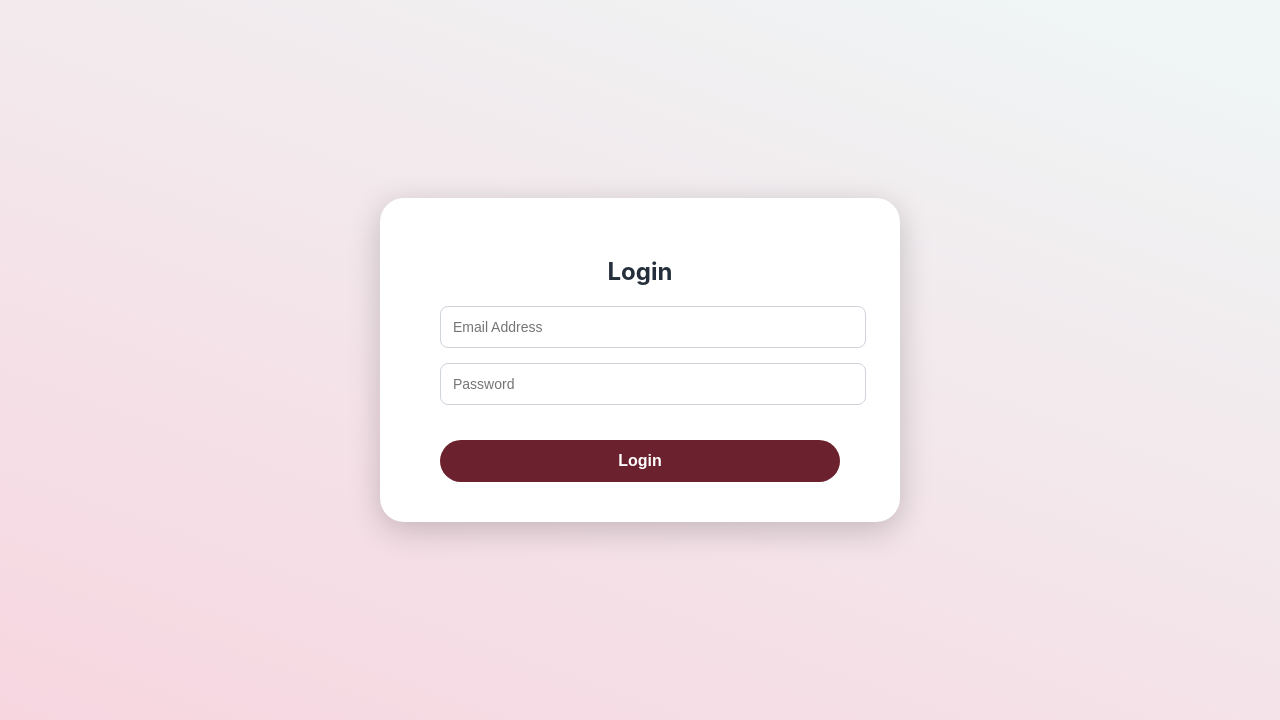
Repository: aab232/https---github.com-aab232-Deferred-Payment-Platform
Page: /login (app in frontend/)
These files come from the project's save history. The page is drawn as it stood at one moment and after the next save; the edit follows.
The browser window is 1280 px wide. The pictures show the whole page.
The project was rebuilt for these pictures with package versions that can differ from the ones it lists, and the page was loaded fresh each time. Also part of the build but not shown: frontend/src/components/Home.js, frontend/src/components/Register.js, frontend/src/components/Main.css, frontend/src/components/Main.js, frontend/src/components/BackButton.css, frontend/src/components/BackButton.js, frontend/src/components/Settings.js, frontend/src/components/Privacy.js.

Above is the page before, as saved 2025-04-01 12:22:38.

### frontend/src/App.js
import React from 'react';
import { BrowserRouter as Router, Routes, Route } from 'react-router-dom';
import Home from './components/Home';
import Register from './components/Register';
import Login from './components/Login';
import Main from './components/Main';
import Settings from './components/Settings';
import Privacy from './components/Privacy';

const App = () => {
  return (
    <Router>
      <Routes>
        <Route path="/" element={<Home />} />
        <Route path="/login" element={<Login />} />
        <Route path="/register" element={<Register />} />
        <Route path="/main" element={<Main />} />
        <Route path="/settings" element={<Settings />} />
        <Route path="/privacy" element={<Privacy />} />
      </Routes>
    </Router>
  );
};

export default App;

### frontend/src/components/Login.js
// login.js
import React, { useState } from 'react';
import axios from 'axios';
import { useNavigate } from 'react-router-dom';
import './Form.css';

const Login = () => {
  const [email, setEmail] = useState('');
  const [password, setPassword] = useState('');
  const navigate = useNavigate();

  const handleSubmit = async (e) => {
    e.preventDefault();
    try {
      const response = await axios.post('http://localhost:5000/login', { email, password });
      if (response.data.success) {
        const { role } = response.data.user;
        localStorage.setItem('userRole', role);
        switch (role) {
          case 'admin': navigate('/admin-dashboard'); break;
          case 'contractor': navigate('/contractor-dashboard'); break;
          case 'data_engineer': navigate('/data-engineer-dashboard'); break;
          default: navigate('/main');
        }
      } else {
        alert('Invalid credentials.');
      }
    } catch (error) {
      alert('Login failed. Check credentials.');
    }
  };

  return (
    <div className="container">
      <div className="form-card">
        <h2>Login</h2>
        <form onSubmit={handleSubmit}>
          <input type="email" placeholder="Email Address" value={email} onChange={(e) => setEmail(e.target.value)} required />
          <input type="password" placeholder="Password" value={password} onChange={(e) => setPassword(e.target.value)} required />
          <button type="submit" className="btn">Login</button>
        </form>
      </div>
    </div>
  );
};

export default Login;

### frontend/src/components/Home.css
.container {
    display: flex;
    justify-content: center;
    align-items: center;
    height: 100vh; /* Full viewport height */
    background: linear-gradient(135deg, #252f3b, #252d3b); /* Elegant gradient */
  }

  .card {
    text-align: center;
    background: #fff;
    padding: 40px 60px;
    border-radius: 24px;
    box-shadow: 0 8px 32px rgba(0, 0, 0, 0.2);
    max-width: 350px;
    width: 100%;
  }

  h1 {
    margin-bottom: 16px;
    font-size: 28px;
    color: #252f3b;
  }

  p {
    margin-bottom: 32px;
    font-size: 16px;
    color: #555;
  }

  .button-group {
    display: flex;
    justify-content: space-between;
  }

  .btn {
    padding: 12px 24px;
    font-size: 16px;
    border: none;
    border-radius: 30px; /* Rounded buttons */
    cursor: pointer;
    transition: background 0.3s ease;
    color: white;
    background: #252f3b;
  }

  .btn:hover {
    background: #252f3b; /* Button hover effect */
  }

### frontend/src/components/Form.css
.container {
  display: flex;
  justify-content: center;
  align-items: center;
  height: 100vh;
  background: linear-gradient(200deg, #eff7f6, #F7D6E0);
}

.form-card {
  background: white;
  padding: 40px 60px;
  border-radius: 24px;
  box-shadow: 0 8px 32px rgba(0, 0, 0, 0.2);
  max-width: 400px;
  width: 100%;
  text-align: center;
}

h2 {
  color: #252f3b;
}

input {
  display: block;
  width: 100%;
  margin: 10px 0;
  padding: 12px;
  border: 1px solid #ddd;
  border-radius: 30px;
}

.btn {
  padding: 12px 24px;
  margin-top: 20px;
  border-radius: 30px;
  border: none;
  color: white;
  background: #6b212e;
  cursor: pointer;
}

.btn:hover {
  background: #a41b34;
}

.link {
  color: #6b212e;
  cursor: pointer;
}

### frontend/src/components/Settings.css
.settings-container {
  display: flex;
  flex-direction: column;
  align-items: center;
  padding: 40px 20px;
  background: #f8f9fa;
  min-height: 100vh;
}

h1 {
  color: #343a40;
  margin-bottom: 20px;
}

.menu {
  display: flex;
  gap: 20px;
  margin-bottom: 40px;
}

.menu button {
  padding: 10px 20px;
  border: none;
  border-radius: 8px;
  cursor: pointer;
  transition: background 0.3s ease;
  font-weight: bold;
  background: #007bff;
  color: white;
}

.menu .danger {
  background: #dc3545;
}

.menu button:hover {
  opacity: 0.8;
}

/* Dropdown styling */
.dropdown {
  display: flex;
  flex-direction: column;
  gap: 10px;
  margin-top: 20px;
}

.dropdown button {
  padding: 8px 16px;
  border: none;
  border-radius: 8px;
  background: #6c757d;
  color: white;
  cursor: pointer;
  transition: background 0.3s ease;
}

.dropdown button:hover {
  background: #495057;
}

/* Section Styling */
.section {
  width: 100%;
  max-width: 600px;
  background: white;
  padding: 30px;
  border-radius: 16px;
  box-shadow: 0 8px 24px rgba(0, 0, 0, 0.1);
  margin-top: 20px;
}

h2 {
  color: #495057;
  margin-bottom: 20px;
}

input {
  width: 100%;
  padding: 12px;
  margin-bottom: 15px;
  border: 1px solid #ced4da;
  border-radius: 8px;
  font-size: 14px;
}

button {
  padding: 12px 20px;
  border: none;
  border-radius: 8px;
  cursor: pointer;
  background: #28a745;
  color: white;
  font-weight: bold;
}

button:hover {
  opacity: 0.9;
}

.info {
  margin-top: 20px;
  color: #6c757d;
}

### frontend/src/components/Privacy.css
.container {
    display: flex;
    justify-content: center;
    align-items: center;
    height: 100vh;
    background: linear-gradient(200deg, #eff7f6, #F7D6E0);
  }

  .form-card {
    background: white;
    padding: 40px 60px;
    border-radius: 24px;
    box-shadow: 0 8px 32px rgba(0, 0, 0, 0.2);
    max-width: 400px;
    width: 100%;
  }

  h2 {
    color: #252f3b;
    font-size: 24px;
    margin-bottom: 20px;
  }

  p {
    color: #252f3b;
    font-size: 16px;
    line-height: 1.5;
    margin-bottom: 20px;
    text-align: left;  /* Align text to the left */
  }

  .btn {
    padding: 12px 24px;
    margin-top: 20px;
    border-radius: 30px;
    border: none;
    color: white;
    background: #6b212e;
    cursor: pointer;
    width: 100%;  /* Make button full-width */
  }

  .btn:hover {
    background: #a41b34;
  }

  .link {
    color: #6b212e;
    cursor: pointer;
    text-decoration: underline;
    display: inline-block;
    margin-top: 10px;
  }

  .link:hover {
    color: #a41b34;
  }

  .privacy-container {
    text-align: left;  /* Align all text to the left */
    margin-top: 20px;
  }

  .request-data-btn {
    padding: 10px 20px;
    margin-top: 15px;
    background-color: #6b212e;
    color: white;
    border: none;
    border-radius: 30px;
    cursor: pointer;
    font-size: 16px;
    width: 100%;  /* Make the button full-width */
  }

  .request-data-btn:hover {
    background-color: #a41b34;
  }

Loaded but not shown: frontend/public/index.html (common file); frontend/src/index.js (common file); frontend/src/index.css (common file)

After the next save:
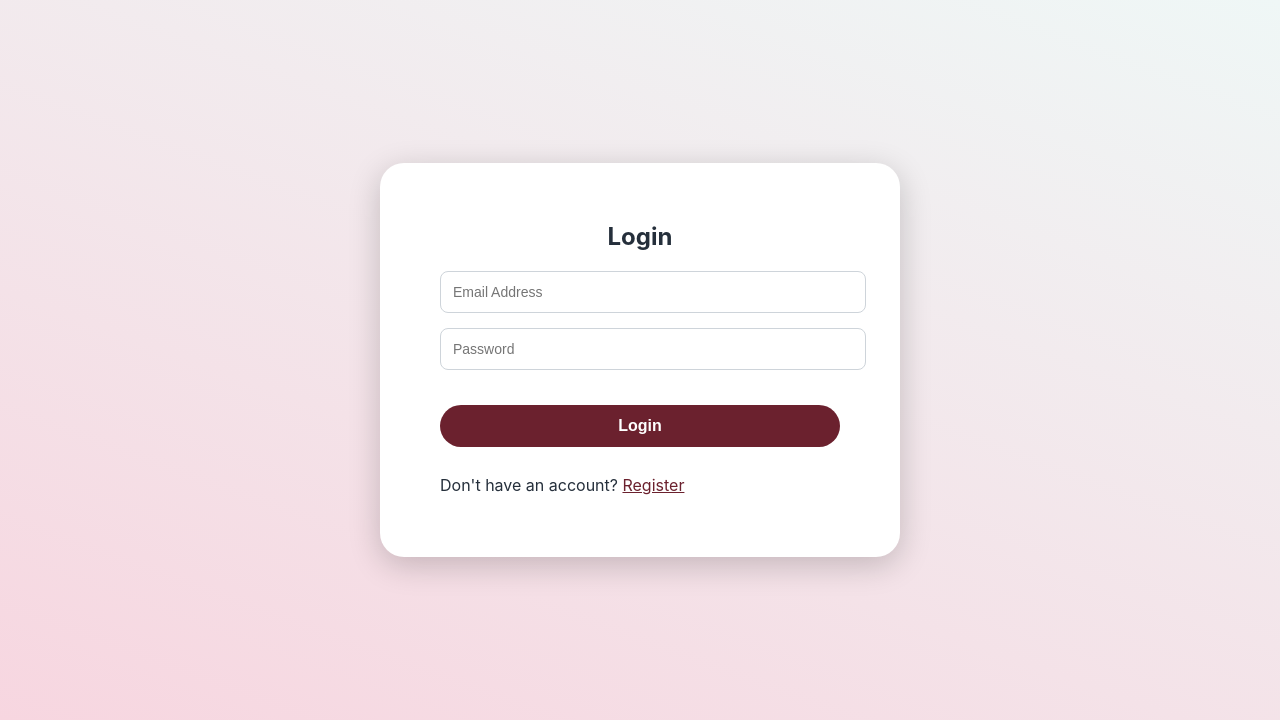
Saved 4 min 2 s later.
--- a/frontend/src/components/Login.js
+++ b/frontend/src/components/Login.js
@@ -1,4 +1,3 @@
-// login.js
 import React, { useState } from 'react';
 import axios from 'axios';
 import { useNavigate } from 'react-router-dom';
@@ -14,19 +13,12 @@ const Login = () => {
     try {
       const response = await axios.post('http://localhost:5000/login', { email, password });
       if (response.data.success) {
-        const { role } = response.data.user;
-        localStorage.setItem('userRole', role);
-        switch (role) {
-          case 'admin': navigate('/admin-dashboard'); break;
-          case 'contractor': navigate('/contractor-dashboard'); break;
-          case 'data_engineer': navigate('/data-engineer-dashboard'); break;
-          default: navigate('/main');
-        }
+        navigate('/main');
       } else {
-        alert('Invalid credentials.');
+        alert('Invalid credentials. Please try again.');
       }
     } catch (error) {
-      alert('Login failed. Check credentials.');
+      alert('Login failed. Please check your credentials.');
     }
   };
 
@@ -35,10 +27,23 @@ const Login = () => {
       <div className="form-card">
         <h2>Login</h2>
         <form onSubmit={handleSubmit}>
-          <input type="email" placeholder="Email Address" value={email} onChange={(e) => setEmail(e.target.value)} required />
-          <input type="password" placeholder="Password" value={password} onChange={(e) => setPassword(e.target.value)} required />
+          <input
+            type="email"
+            placeholder="Email Address"
+            value={email}
+            onChange={(e) => setEmail(e.target.value)}
+            required
+          />
+          <input
+            type="password"
+            placeholder="Password"
+            value={password}
+            onChange={(e) => setPassword(e.target.value)}
+            required
+          />
           <button type="submit" className="btn">Login</button>
         </form>
+        <p>Don't have an account? <span onClick={() => navigate('/register')} className="link">Register</span></p>
       </div>
     </div>
   );
